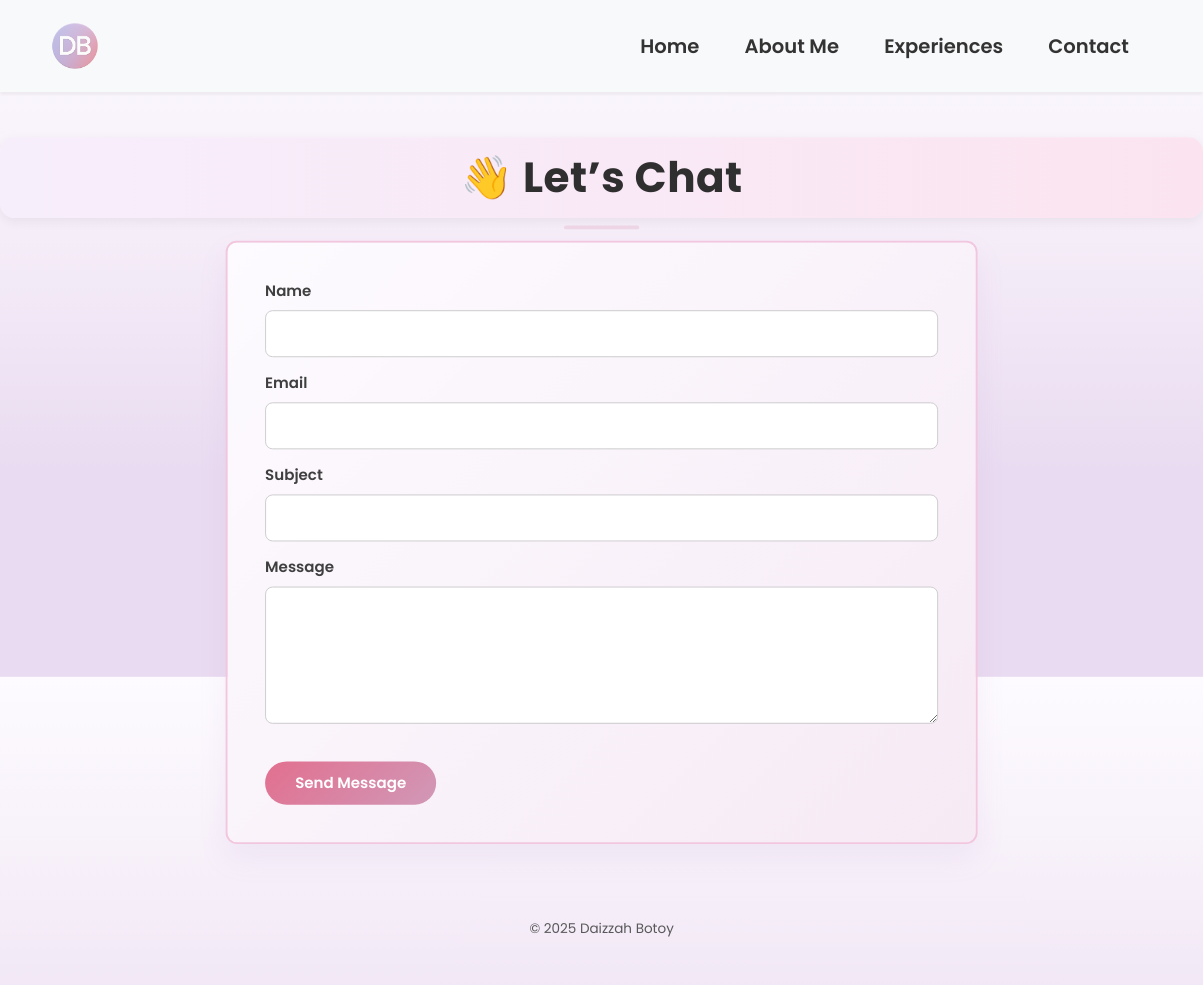
Repository: daizzah/daizzah-portfolio
Page: html/contact.html
The author's editor kept a copy of each file at every save. The page is drawn from the files as they stood at one save, then again after the next save.
The browser window is 1280 px wide. The pictures show the whole page, at 94% of full size.
Backgrounds fixed to the window are drawn as part of the page.

Above is the page before, as saved 2025-04-02 01:02:08.

### html/contact.html
<!DOCTYPE html>
<html lang="en">
<head>
  <meta charset="UTF-8" />
  <meta name="viewport" content="width=device-width, initial-scale=1.0"/>

  <link href="https://fonts.googleapis.com/css2?family=Poppins:wght@400;500;600;700&display=swap" rel="stylesheet" />
  <title>Contact Daizzah</title>
  <link href="https://cdn.jsdelivr.net/npm/bootstrap@5.3.1/dist/css/bootstrap.min.css" rel="stylesheet" />
  <link rel="stylesheet" href="../styles.css" />
</head>
<body>
  <nav class="navbar navbar-expand-lg navbar-light bg-light sticky-top shadow-sm">
    <div class="container">
      <a class="navbar-brand" href="home.html">
        <img src="../assets/db_icon.png" alt="DB Logo" style="height: 50px; width: 50px; border-radius: 50%;">
      </a>
      <button class="navbar-toggler" type="button" data-bs-toggle="collapse" data-bs-target="#navbarNav">
        <span class="navbar-toggler-icon"></span>
      </button>
      <div class="collapse navbar-collapse" id="navbarNav">
        <ul class="navbar-nav ms-auto gap-3">
          <li class="nav-item">
            <a class="nav-link" href="home.html">Home</a>
          </li>
          <li class="nav-item"><a class="nav-link" href="aboutme.html#aboutme">About Me</a></li>
          <li class="nav-item"><a class="nav-link" href="experiences.html#experiences">Experiences</a></li>
          <li class="nav-item"><a class="nav-link" href="contact.html#contact">Contact</a></li>
        </ul>
      </div>
    </div>
  </nav>


  <section id="contact" class="py-5">
    <div class="text-center mb-4 fade-in">
      <h2 class="pretty-header fade-in">
        👋 Let’s Chat
      </h2>

    </div>



      <form action="https://formspree.io/f/mgvanerl" method="POST" class="contact-form fade-in">
        <div class="mb-3">
          <label for="name" class="form-label">Name</label>
          <input type="text" id="name" name="name" class="form-control" required />
        </div>
        <div class="mb-3">
          <label for="email" class="form-label">Email</label>
          <input type="email" id="email" name="email" class="form-control" required />
        </div>
        <div class="mb-3">
          <label for="subject" class="form-label">Subject</label>
          <input type="text" id="subject" name="subject" class="form-control" />
        </div>
        <div class="mb-4">
          <label for="message" class="form-label">Message</label>
          <textarea id="message" name="message" rows="5" class="form-control" required></textarea>
        </div>
        <button type="submit">Send Message</button>
      </form>

    </div>
  </section>
  <footer class="site-footer">
    <p>&copy; 2025 Daizzah Botoy</p>
  </footer>
</body>
</html>
<script>
  document.addEventListener("DOMContentLoaded", () => {
    const fadeElements = document.querySelectorAll(".fade-in");
    fadeElements.forEach((el, index) => {
      setTimeout(() => {
        el.classList.add("visible");
      }, index * 150);
    });
  });
</script>

<script src="https://cdn.jsdelivr.net/npm/bootstrap@5.3.1/dist/js/bootstrap.bundle.min.js"></script>

### styles.css
html,
body {
  height: auto;
  min-height: 100vh;
  margin: 0;
  padding: 0;
  font-family: "Poppins", serif;
  background: linear-gradient(180deg, #fdfbff 0%, #f5edf8 35%, #e9dbf1 70%);
  background-repeat: no-repeat;
  background-attachment: fixed;
  display: flex;
  flex-direction: column;
}

/* ANIMATIONS */
:target {
  scroll-margin-top: 150px;
}

@keyframes fadeIn {
  from {
    opacity: 0;
    transform: translateY(20px);
  }

  to {
    opacity: 1;
    transform: translateY(0);
  }
}

@keyframes slideIn {
  0% {
    background-position: 100% 0;
  }

  100% {
    background-position: 0 0;
  }
}

@keyframes rollIn {
  0% {
    transform: rotateX(90deg);
    opacity: 0;
  }

  100% {
    transform: rotateX(0deg);
    opacity: 1;
  }
}

/* NAVIGATION BAR */
.navbar {
  background-color: #dedde3;
  padding: 1.5rem 1rem;
  font-size: 1.2rem;
  font-weight: 600;
  box-shadow: 0 4px 10px rgba(0, 0, 0, 0.1);
}

.navbar-brand {
  padding: 0;
  border-radius: 0;
  box-shadow: none;
  background: none;
}

.navbar-brand img {
  height: 40px;
  width: 40px;
  border-radius: 50%;
  object-fit: cover;
}

.navbar-brand:hover {
  box-shadow: 0 0 20px rgba(0, 0, 0, 0.3);
  /* Slightly stronger shadow on hover */
}

.navbar-nav .nav-link {
  transition: color 0.3s ease, transform 0.3s ease;
  font-weight: 600;
  font-size: 1.3rem;
  /* Larger font size for more impact */
  margin-right: 1rem;
  color: #333;
}

.navbar-nav .nav-link:hover {
  color: #5a4b81;
  transform: scale(1.05);
}

.navbar-nav .nav-link.active {
  color: #5a4b81;
  border-bottom: 2px solid #5a4b81;
}

/* TITLE */
.title-container,
.description-container {
  max-width: 1000px;
  /* Ensure both have the same width */
  margin: 0 auto;
  /* Center them */
  padding: 1.5rem;
  /* Add padding to both for consistency */
}

.title-container {
  text-align: left;
  justify-content: flex-start;
  /* Align content to the left */
  margin-top: 1rem;
}

.title-container .roll-in {
  display: inline-block;
  transform: rotateX(90deg);
  opacity: 0;
  animation: rollIn 0.3s ease forwards;
}

.subheading1 {
  font-size: 2.5rem;
  font-weight: 600;
}

.title-name {
  position: relative;
  display: inline-block;
  font-size: 4rem;
  font-weight: 600;
  color: #222;
}

.title-name::after {
  content: "";
  position: absolute;
  bottom: -10px;
  left: 0;
  width: 100%;
  height: 4px;
  background: linear-gradient(90deg, #d3b6f2, #f2c6de);
  border-radius: 2px;
}

.subheading2 {
  font-size: 2.5rem;
}

/* DESCRIPTION */
.description-container {
  display: flex;
  justify-content: flex-start;
  /* Align items to the left */
  align-items: flex-start;
  gap: 6rem;
}

.description-wrapper {
  display: flex;
  flex-direction: column;
  text-align: left;
}

.description-wrapper .btn-lg {
  margin-top: 1rem;
}

.short-description {
  font-family: "Poppins", sans-serif;
  font-weight: 500;
  /* Poppins has more thickness at 500 */
  max-width: 650px;
  /* Wider box */
  text-align: left;
  background-color: #f7f5ff;
  /* White background */
  padding: 2rem;
  /* Increase padding for more spacious feel */
  border-radius: 4px;
  /* Smooth, rounded corners */
  font-size: 1.3rem;
  /* Larger font size for readability */
  box-shadow: 0 15px 30px rgba(0, 0, 0, 0.1);
  /* Soft shadow for depth */
  animation: fadeIn 1s ease-in-out;
  line-height: 1.75;
  /* Line spacing for better readability */
  color: #333;
  /* Darker text for contrast */
}

.short-description h3 {
  font-size: 2rem;
  font-weight: 600;
  color: #333;
  /* Darker color for headings */
  margin-bottom: 1rem;
  /* Space after headings */
}

.short-description p {
  font-weight: 500;
  /* Adjust text weight for paragraphs (description) */
  font-stretch: expanded;
  margin-bottom: 1.5rem;
  /* Space between paragraphs */
}

.short-description .highlight {
  font-weight: bold;
  color: #5a4b81;
}

.short-description .cta-link {
  color: #5a4b81;
  font-weight: 600;
  text-decoration: underline;
  cursor: pointer;
}

.short-description:hover {
  box-shadow: 0 20px 40px rgba(0, 0, 0, 0.15);
  /* Stronger shadow on hover */
  transform: scale(1.05);
  /* Scale up effect */
  transition: all 0.3s ease;
}

.short-description .cta-link:hover {
  color: #3c2c66;
}

/* BUTTONS */
.button-container {
  display: flex;
  justify-content: center;
  gap: 3rem;
  margin-top: 1.1rem;
}

.btn-lg {
  padding: 0.8rem 2rem;
  font-size: 1.3rem;
  font-weight: 600;
  border: none;
  border-radius: 50px;
  background: linear-gradient(135deg, #d8b8e3, #f2c6de);
  color: #3c2c66;
  box-shadow: 0 4px 8px rgba(0, 0, 0, 0.1);
  transition: all 0.3s ease;
}

.btn-lg:hover {
  background: linear-gradient(135deg, #cda1da, #e8acc5);
  transform: translateY(-2px);
  box-shadow: 0 6px 12px rgba(0, 0, 0, 0.15);
}

.fade-in {
  opacity: 0;
  transform: translateY(20px);
  /* Adds a smooth upward motion */
  transition: opacity 0.5s ease, transform 0.5s ease;
}

.fade-in.visible {
  opacity: 1;
  transform: translateY(0);
}

/* PICTURES */
.profile-section {
  display: flex;
  flex-direction: column;
  /* Stack vertically */
  align-items: center;
  /* Horizontally center children */
  justify-content: center;
  /* Ensure proper vertical alignment */
  gap: 28px;
  /* Space between children */
}

.profile-picture {
  max-width: 400px;
  max-height: 400px;
  border-radius: 4px;
  box-shadow: 0 2px 4px rgba(0, 0, 0, 0.1);
  animation: fadeIn 1s ease-in-out;
  transition: transform 0.3s ease, box-shadow 0.3s ease;
}

.profile-picture:hover {
  transform: scale(1.1);
  box-shadow: 0 4px 8px rgba(0, 0, 0, 0.15);
}

.profile-link {
  position: relative;
  /* Ensures tooltip is positioned relative to this element */
  display: inline-block;
  /* Ensures proper layout for the tooltip */
}

.profile-link::after {
  content: "Click for LinkedIn";
  /* Tooltip text */
  position: absolute;
  top: -50px;
  /* Position below the profile picture */
  left: 50%;
  /* Center horizontally */
  transform: translateX(-50%);
  background-color: rgba(0, 0, 0, 0.7);
  /* Semi-transparent black background */
  color: white;
  padding: 5px 10px;
  font-size: 15px;
  border-radius: 4px;
  white-space: nowrap;
  opacity: 0;
  /* Initially hidden */
  pointer-events: none;
  /* Prevent interaction with the tooltip */
  transition: opacity 0.3s ease;
}

.profile-link:hover::after {
  opacity: 1;
  /* Show tooltip on hover */
}

.languages-container {
  background-color: #ece4ff;
  padding: 2rem;
  border-radius: 4px;
  max-width: 600px;
  margin-top: 1.5rem;
  box-shadow: 0 4px 8px rgba(0, 0, 0, 0.1);
}

.languages-icons {
  display: flex;
  flex-wrap: wrap;
  gap: 10px;
  justify-content: center;
  /* Center the icons inside the container */
}

.language-icon {
  position: relative;
  display: inline-block;
  width: 70px;
  /* Adjust size to fit icons */
}

.language-icon img:hover {
  transform: scale(1.1);
  /* Slight zoom on hover */
}

.language-icon img {
  width: 53px;
  height: 53px;
}

.language-icon::after {
  content: attr(data-name);
  position: absolute;
  top: -30px;
  left: 50%;
  transform: translateX(-50%);
  padding: 5px;
  background-color: rgba(0, 0, 0, 0.7);
  color: white;
  font-size: 13px;
  border-radius: 4px;
  opacity: 0;
  pointer-events: none;
  transition: opacity 0.3s ease;
}

.language-icon:hover::after {
  opacity: 1;
}

.languages-container,
.profile-picture {
  margin: 0 auto;
}

/* CARD */

.card {
  transition: transform 0.3s ease, box-shadow 0.3s ease;
  /* Smooth transition */
  border-radius: 8px;
  /* Reduce border radius significantly */
  box-shadow: 0 2px 6px rgba(0, 0, 0, 0.08);
  /* Less pronounced shadow */
  background-color: #f7f5ff;
  border: none;
  /* Remove border completely */
}

.card:hover {
  transform: translateY(-5px);
  box-shadow: 0 6px 15px rgba(0, 0, 0, 0.1);
}

.card-body {
  padding: 1.5rem;
  color: #333;
}

.card-img-top {
  border-radius: 5px;
}

.card-title {
  font-weight: 600;
  color: #333;
}

.card-text {
  font-size: 1rem;
  color: #333;
}

.experience-title,
.section-header {
  font-size: 2rem;
  font-weight: 700;
  color: #2b2b2b;
  margin-bottom: 1.5rem;
  border-left: 6px solid #b583c6;
  padding-left: 1rem;
  background: none;
  box-shadow: none;
  text-transform: none;
  letter-spacing: 0;
}

.experience-title:hover {
  transform: translateY(-4px);
  box-shadow: 0 6px 15px rgba(0, 0, 0, 0.15);
}

/* About Me Section */
.pink-box {
  background: linear-gradient(60deg, #dcd6f7, #e8c7de, #dcd6f7);
  padding: 20px;
  max-width: 95%;
  box-shadow: 0 4px 8px rgba(0, 0, 0, 0.2);
  position: relative;
  overflow: hidden;
  border: 2px solid rgba(255, 255, 255, 0.5);
}

.pink-box::after {
  content: "";
  position: absolute;
  top: -50%;
  left: -50%;
  width: 200%;
  height: 200%;
  background: linear-gradient(
    45deg,
    rgba(255, 255, 255, 0.05),
    rgba(255, 255, 255, 0.1)
  );
  transform: rotate(30deg);
  pointer-events: none;
}

#about-title {
  font-size: 2.5rem;
  font-weight: bold;
  color: #333333;
  margin-bottom: 1rem;
  position: relative;
  display: inline-block;
}

#about-title::after {
	display: none;
  }

.container {
  max-width: 1200px;
  margin: 0 auto;
  padding: 0 15px;
}

.text-center {
  text-align: center;
}
.text-center.mb-4 {
	margin-bottom: 1rem;
  }

.row {
  display: flex;
  align-items: center;
  /* Vertically centers the content */
}

.profile-img {
  width: 100%;
  /* Makes the image responsive */
  max-width: 400px;
  /* Increase from 300px to 400px (or your preferred size) */
  height: auto;
  /* Maintains aspect ratio */
  border-radius: 50%;
  /* Optional: Makes the image circular */
  box-shadow: 0 2px 4px rgba(0, 0, 0, 0.1);
}

.profile-img:hover {
  box-shadow: 0 4px 8px rgba(0, 0, 0, 0.15);
}

.col-md-6 {
  padding: 20px;
  /* Adds space inside the text column */
}

.col-md-7 {
  padding: 20px;
  /* Adds padding inside the text column */
}

/* Bio Section */
.bio {
  font-size: 1.5rem;
  /* Adjust size as needed */
  line-height: 1.6;
  /* Improves readability */
  color: #333;
  /* Darker text for contrast */
}

/* Skills List */
.skills-list {
  list-style: none;
  padding-left: 0;
}

.skills-list li {
  font-size: 1.2rem;
  margin-bottom: 10px;
}

.skills-list li i {
  margin-right: 10px;
}

body,
.bio,
.card-body,
.short-description p {
  color: #222222;
}

footer,
.container.my-5 {
  background-color: transparent !important;
}

footer {
  margin-top: auto;
}

.site-footer {
  text-align: center;
  padding: 2rem 0;
  font-size: 0.9rem;
  color: #333;
  opacity: 0.8;
}

.subheading1,
.title-name,
.subheading2,
.experience-title,
#about-title {
  color: #333333;
  /* neutral dark grey instead of purple */
}

.hero-left {
  text-align: left;
  max-width: 600px;
  display: flex;
  flex-direction: column;
  gap: 0.3rem;
}

.hero-lines {
  display: flex;
  flex-direction: column;
  line-height: 1.2;
}

.hero-hi {
  font-size: 2.5rem;
  font-weight: 600;
  color: #333333;
  margin-bottom: 0.2rem;
  line-height: 1.2;
}

.wave {
  display: inline-block;
  animation: wave 2s infinite;
  transform-origin: 70% 70%;
}

@keyframes wave {
  0% {
    transform: rotate(0deg);
  }

  10% {
    transform: rotate(14deg);
  }

  20% {
    transform: rotate(-8deg);
  }

  30% {
    transform: rotate(14deg);
  }

  40% {
    transform: rotate(-4deg);
  }

  50% {
    transform: rotate(10deg);
  }

  60% {
    transform: rotate(0deg);
  }

  100% {
    transform: rotate(0deg);
  }
}

.hero-name {
  font-size: 3rem;
  font-weight: 700;
  color: #2b2b2b;
  margin-bottom: 0.5rem;
  line-height: 1.2;
}

.emphasized-name {
  color: #b481a2;
}

.hero-subtitle {
  font-size: 1.2rem;
  font-weight: 500;
  color: #444;
}

.section-header {
  background-color: #e6dcf0;

  padding: 0.8rem 1.5rem;
  font-size: 1.7rem;
  font-weight: 700;
  border-left: 6px solid #b583c6;
  box-shadow: 0 2px 5px rgba(0, 0, 0, 0.1);
  margin-bottom: 1.2rem;
}
.contact-title {
	font-size: 2.2rem;
	font-weight: 600;
	color: #3c2c66; /* Or a soft neutral if you still want it toned down */
	text-align: center;
	margin-bottom: 1.5rem;
  }

.contact-form {
  background: linear-gradient(135deg, #fdfbff, #f6eaf5);
  border: 2px solid #f2c6de;
  padding: 2.5rem;
  border-radius: 12px;
  box-shadow: 0 15px 30px rgba(181, 131, 198, 0.1);
  max-width: 800px;
  margin: 0 auto;
  transition: all 0.3s ease-in-out;
}

.contact-form label {
  font-weight: 600;
  color: #3f3f3f;
}

.contact-form .form-control {
  border-radius: 8px;
  border: 1px solid #ccc;
  box-shadow: none;
  padding: 0.75rem 1rem;
  font-size: 1rem;
}

.contact-form .form-control:focus {
  border-color: #e26f8f;
  box-shadow: 0 0 0 0.2rem rgba(226, 111, 143, 0.25);
  outline: none;
}

.contact-form button[type="submit"] {
  font-weight: 600;
  background: linear-gradient(135deg, #e26f8f, #d198b7);
  border: none;
  border-radius: 50px;
  color: white;
  padding: 0.7rem 2rem;
  margin-top: 1rem;
  transition: background 0.3s ease;
}

.contact-form button[type="submit"]:hover {
  background: linear-gradient(135deg, #d45b78, #ba6e95);
  transform: translateY(-2px);
}
#contact {
	padding-top: 1rem;
	padding-bottom: 3rem;
  }

.fancy-header {
  display: flex;
  align-items: center;
  gap: 0.75rem;
  font-size: 2.3rem;
  font-weight: 700;
  color: #2b2b2b;
  margin-bottom: 1.8rem;
  border-left: 6px solid #e26f8f;
  padding-left: 1rem;
  background: linear-gradient(90deg, #f6eaf5, #fdfbff);
  box-shadow: 0 2px 6px rgba(0, 0, 0, 0.08);
  border-radius: 8px;
}

.fancy-header .emoji {
  font-size: 2.5rem;
  animation: wave 2s infinite;
  transform-origin: 70% 70%;
}

.fancy-header .headline {
  background: linear-gradient(to right, #e26f8f, #d198b7);
  -webkit-background-clip: text;
  -webkit-text-fill-color: transparent;
}

.pretty-header {
	display: flex;
	align-items: center;
	justify-content: center;
	gap: 0.6rem;
	font-size: 2.8rem; /* was 2.2rem */
	font-weight: 700;
	padding: 1rem 2rem;
	border-radius: 16px;
	background: linear-gradient(90deg, #f7eefc, #fbe4f0); /* softer blend */
	box-shadow: 0 4px 12px rgba(0, 0, 0, 0.06);
	color: #2f2f2f;
	position: relative;
	animation: fadeIn 0.8s ease forwards;
  }

  .pretty-header::after {
	content: "";
	display: block;
	position: absolute;
	bottom: -12px;
	left: 50%;
	transform: translateX(-50%);
	width: 80px;
	height: 4px;
	background: #e9c6dc;
	border-radius: 2px;
	opacity: 0.6;
  }

  .pretty-header .emoji {
	font-size: 2.2rem;
	animation: wave 2s infinite;
	transform-origin: 70% 70%;
  }

body,
input,
textarea,
button,
label {
  font-family: "Poppins", sans-serif;
}

h1,
h2,
h3,
h4,
.headline {
  font-weight: 600;
  letter-spacing: 0.5px;
}

After the next save:
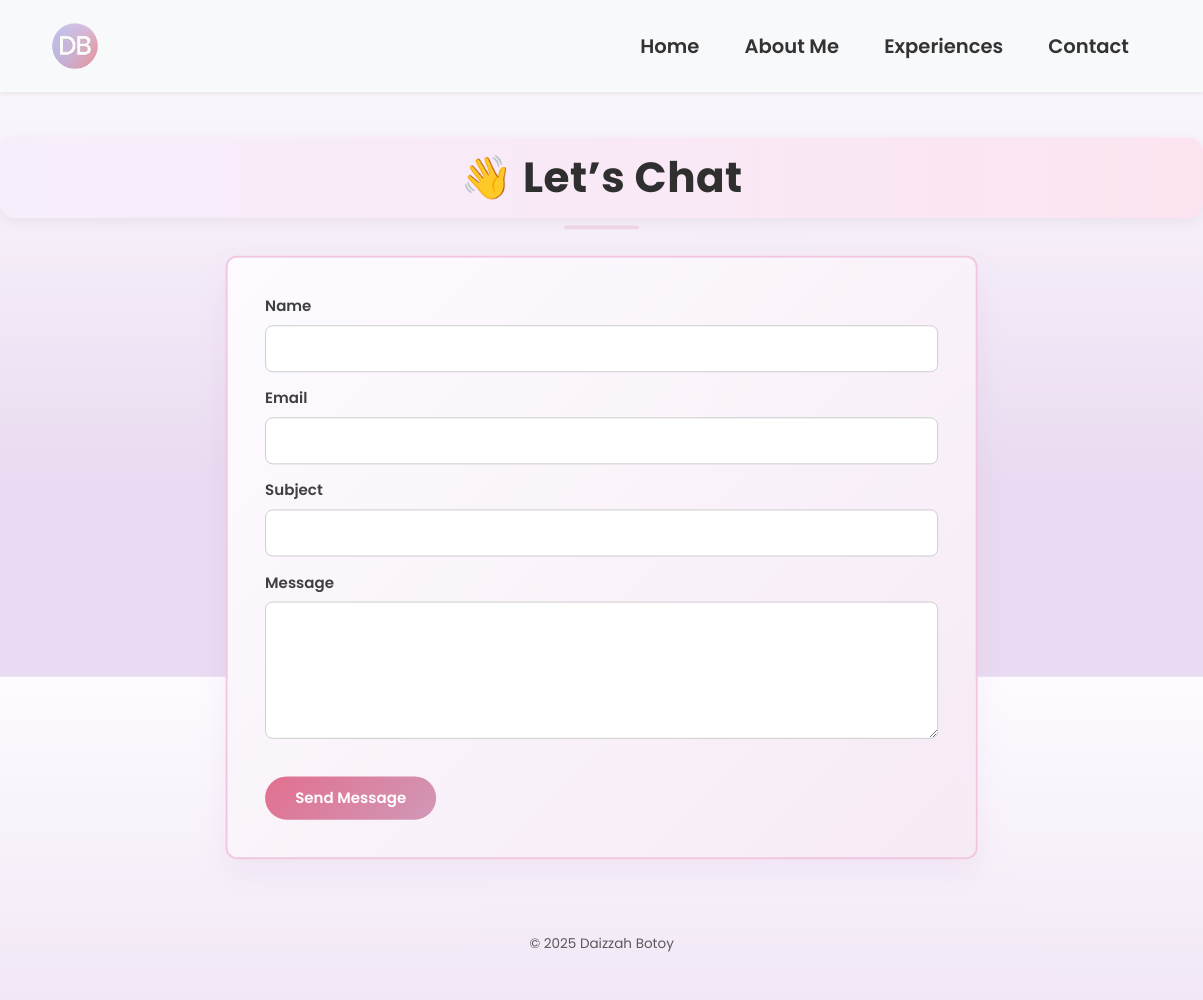
Saved 18 s later.
--- a/styles.css
+++ b/styles.css
@@ -701,6 +701,7 @@
   max-width: 800px;
   margin: 0 auto;
   transition: all 0.3s ease-in-out;
+  margin-top: 2.5rem;
 }
 
 .contact-form label {

After the save that followed:
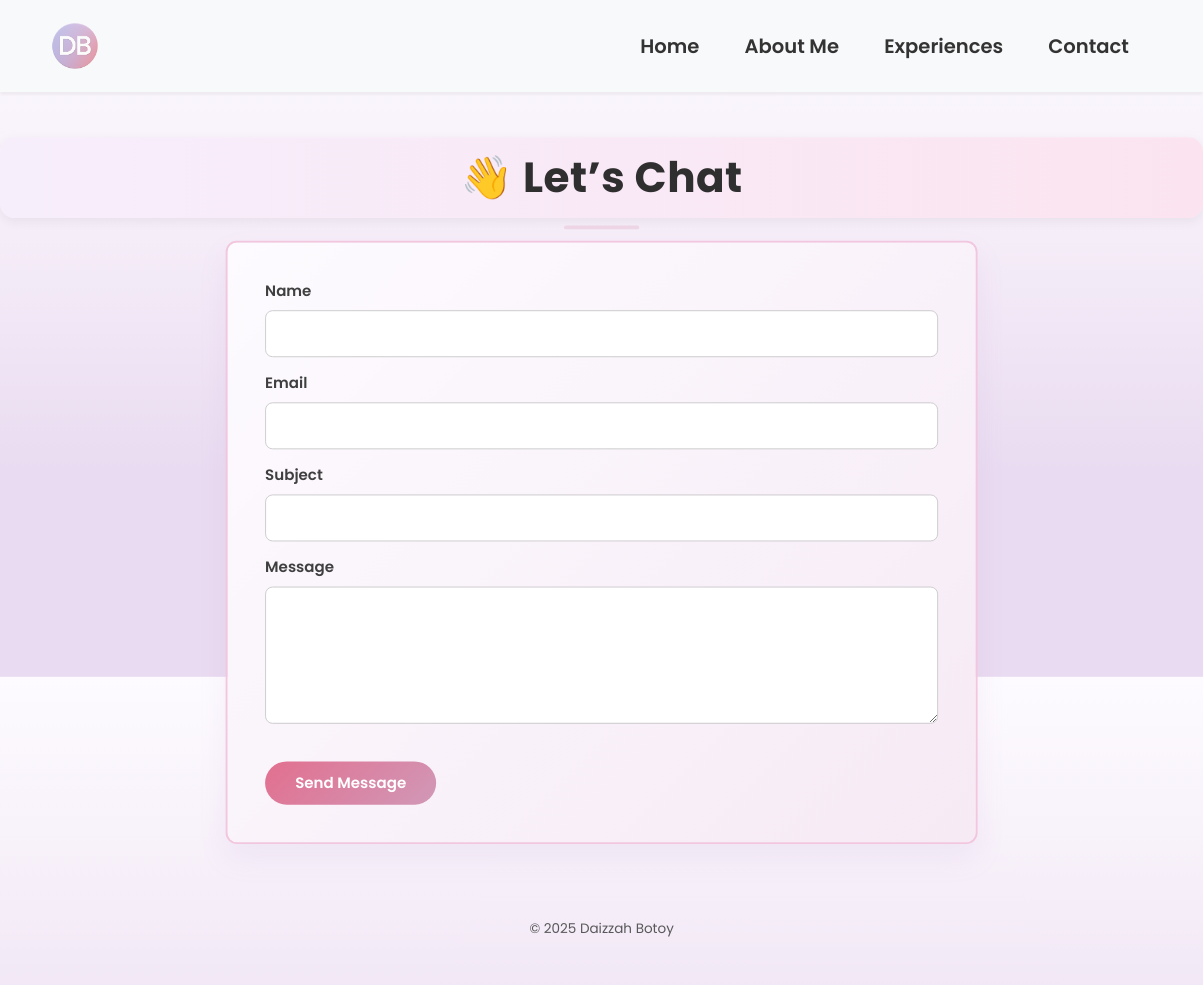
Saved 8 s later.
--- a/styles.css
+++ b/styles.css
@@ -701,7 +701,7 @@
   max-width: 800px;
   margin: 0 auto;
   transition: all 0.3s ease-in-out;
-  margin-top: 2.5rem;
+  margin-top: 4 rem;
 }
 
 .contact-form label {
